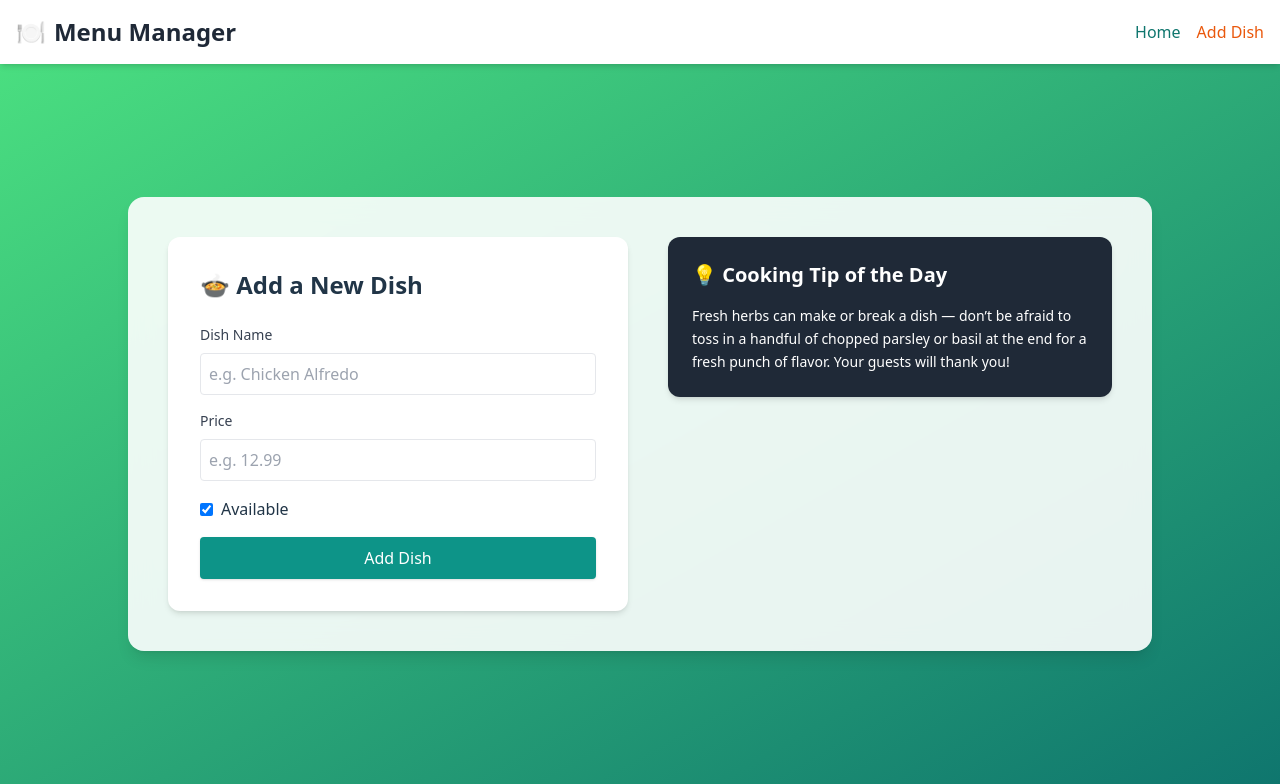
Repository: PEEZYBEE/react-hooks-phase-2-project
Page: /add (app in menu-manager/)
An editor plug-in stored every save of this project. The page is shown before and after the next save, followed by the edit.
The browser window is 1280 px wide. The pictures show the whole page.
The project was rebuilt for these pictures with package versions that can differ from the ones it lists, and the page was loaded fresh each time. Also part of the build but not shown: menu-manager/vite.config.js, menu-manager/src/components/Search.jsx, menu-manager/src/components/DishCard.jsx, menu-manager/src/components/DishList.jsx, menu-manager/src/pages/MenuPage.jsx, menu-manager/src/components/DishForm.jsx, menu-manager/src/pages/EditDishPage.jsx.

Above is the page before, as saved 2025-04-19 15:38:34.

### menu-manager/index.html
<!doctype html>
<html lang="en">
  <head>
    <meta charset="UTF-8" />
    <link rel="icon" type="image/svg+xml" href="/vite.svg" />
    <meta name="viewport" content="width=device-width, initial-scale=1.0" />
    <title>Menu Manager</title>
  </head>
  <body>
    <div id="root"></div>
    <script type="module" src="/src/main.jsx"></script>
  </body>
</html>

### menu-manager/src/App.jsx
import { BrowserRouter as Router, Routes, Route } from "react-router-dom";
import Header from "./components/Header";
import MenuPage from "./pages/MenuPage";
import AddDishPage from "./pages/AddDishPage";
import EditDishPage from "./pages/EditDishPage";

function App() {
  return (
    <Router>
      <Header />
      <main>
        <Routes>
          <Route path="/" element={<MenuPage />} />
          <Route path="/add" element={<AddDishPage />} />
          <Route path="/edit/:id" element={<EditDishPage />} />
        </Routes>
      </main>
    </Router>
  );
}

export default App;

### menu-manager/src/index.css
@tailwind base;
@tailwind components;
@tailwind utilities;

:root {
  font-family: system-ui, Avenir, Helvetica, Arial, sans-serif;
  line-height: 1.5;
  font-weight: 400;

  color-scheme: light dark;
  color: rgba(255, 255, 255, 0.87);


  font-synthesis: none;
  text-rendering: optimizeLegibility;
  -webkit-font-smoothing: antialiased;
  -moz-osx-font-smoothing: grayscale;
}

a {
  font-weight: 500;
  color: #646cff;
  text-decoration: inherit;
}
a:hover {
  color: #535bf2;
}

body {
  margin: 0;
  min-width: 320px;
  min-height: 100vh;
  font-family: inherit;
  background-color: inherit;
}


h1 {
  font-size: 3.2em;
  line-height: 1.1;
}

button {
  border-radius: 8px;
  border: 1px solid transparent;
  padding: 0.6em 1.2em;
  font-size: 1em;
  font-weight: 500;
  font-family: inherit;
  background-color: #1a1a1a;
  cursor: pointer;
  transition: border-color 0.25s;
}
button:hover {
  border-color: #646cff;
}
button:focus,
button:focus-visible {
  outline: 4px auto -webkit-focus-ring-color;
}

@media (prefers-color-scheme: light) {
  :root {
    color: #213547;
    background-color: #ffffff;
  }
  a:hover {
    color: #747bff;
  }
  button {
    background-color: #f9f9f9;
  }
}

### menu-manager/src/components/Header.jsx
import { Link } from "react-router-dom";

function Header() {
  return (
    <header className="bg-white p-4 shadow-md sticky top-0 z-50">
      <div className="max-w-7xl mx-auto flex justify-between items-center">
        {/* Title */}
        <h1 className="text-2xl font-extrabold text-gray-800 flex items-center gap-2">
          🍽️ <span>Menu Manager</span>
        </h1>

        {/* Nav Links */}
        <nav className="space-x-4">
          <Link to="/" className="text-teal-700 font-medium hover:underline">
            Home
          </Link>
          <Link to="/add" className="text-orange-600 font-medium hover:underline">
            Add Dish
          </Link>
        </nav>
      </div>
    </header>
  );
}

export default Header;

### menu-manager/src/pages/AddDishPage.jsx
import { useState } from "react";
import { useNavigate } from "react-router-dom";

function AddDishPage() {
  const [name, setName] = useState("");
  const [price, setPrice] = useState("");
  const [available, setAvailable] = useState(true);
  const navigate = useNavigate();

  function handleSubmit(e) {
    e.preventDefault();
    const newDish = { name, price: parseFloat(price), available };

    fetch("http://localhost:3001/dishes", {
      method: "POST",
      headers: { "Content-Type": "application/json" },
      body: JSON.stringify(newDish),
    })
      .then((res) => res.json())
      .then(() => navigate("/"));
  }

  return (
    <div className="min-h-screen bg-gradient-to-br from-green-400 to-teal-700 flex items-center justify-center p-6">
      <div className="bg-white bg-opacity-90 backdrop-blur-md rounded-2xl shadow-lg p-10 w-full max-w-5xl flex flex-col md:flex-row items-center md:items-start gap-10">
        {/* Form Section */}
        <form
          onSubmit={handleSubmit}
          className="flex-1 bg-white p-8 rounded-xl shadow-md"
        >
          <h2 className="text-2xl font-bold mb-6 flex items-center gap-2">
            🍲 Add a New Dish
          </h2>

          <label className="block mb-2 text-sm font-medium text-gray-700">
            Dish Name
          </label>
          <input
            type="text"
            placeholder="e.g. Chicken Alfredo"
            value={name}
            onChange={(e) => setName(e.target.value)}
            className="w-full p-2 mb-4 border rounded focus:outline-none focus:ring-2 focus:ring-teal-500"
            required
          />

          <label className="block mb-2 text-sm font-medium text-gray-700">
            Price
          </label>
          <input
            type="number"
            step="0.01"
            placeholder="e.g. 12.99"
            value={price}
            onChange={(e) => setPrice(e.target.value)}
            className="w-full p-2 mb-4 border rounded focus:outline-none focus:ring-2 focus:ring-teal-500"
            required
          />

          <label className="inline-flex items-center mb-4">
            <input
              type="checkbox"
              checked={available}
              onChange={(e) => setAvailable(e.target.checked)}
              className="mr-2"
            />
            Available
          </label>

          <button
            type="submit"
            className="w-full bg-teal-600 hover:bg-teal-700 text-white py-2 px-4 rounded shadow"
          >
            Add Dish
          </button>
        </form>

        {/* Side Content */}
        <div className="hidden md:block flex-1 bg-gray-800 text-white p-6 rounded-xl shadow-md">
          <h3 className="text-xl font-semibold mb-4">
            💡 Cooking Tip of the Day
          </h3>
          <p className="text-sm leading-relaxed">
            Fresh herbs can make or break a dish — don’t be afraid to toss in a
            handful of chopped parsley or basil at the end for a fresh punch of
            flavor. Your guests will thank you!
          </p>
        </div>
      </div>
    </div>
  );
}

export default AddDishPage;

### menu-manager/tailwind.config.js
/** @type {import('tailwindcss').Config} */
export default {
  content: [
    "./index.html",
    "./src/**/*.{js,ts,jsx,tsx}",
  ],
  theme: {
    extend: {
      keyframes: {
        wobble: {
          '0%, 100%': { transform: 'translateX(0)' },
          '15%': { transform: 'translateX(-25%) rotate(-5deg)' },
          '30%': { transform: 'translateX(20%) rotate(3deg)' },
          '45%': { transform: 'translateX(-15%) rotate(-3deg)' },
          '60%': { transform: 'translateX(10%) rotate(2deg)' },
          '75%': { transform: 'translateX(-5%) rotate(-1deg)' },
        },
        fadeIn: {
          '0%': { opacity: '0' },
          '100%': { opacity: '1' },
        }
      },
      animation: {
        'wobble': 'wobble 1s ease-in-out',
        'fade-in': 'fadeIn 1s ease-in-out forwards',
      }
    },
  },
  plugins: [],
}

Loaded but not shown: menu-manager/src/main.jsx (common file)

After the next save:
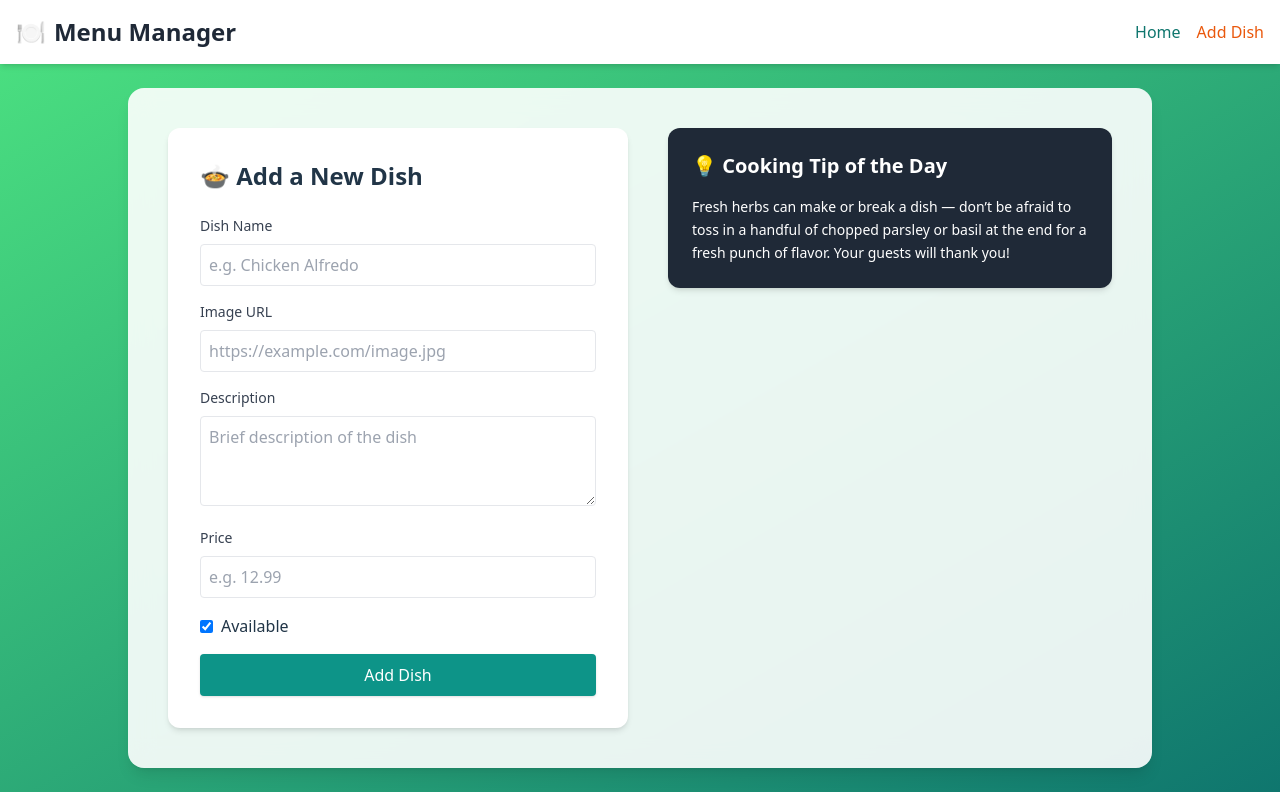
Saved 34 s later.
--- a/menu-manager/src/pages/AddDishPage.jsx
+++ b/menu-manager/src/pages/AddDishPage.jsx
@@ -3,13 +3,21 @@ import { useNavigate } from "react-router-dom";
 
 function AddDishPage() {
   const [name, setName] = useState("");
+  const [image, setImage] = useState("");
+  const [description, setDescription] = useState("");
   const [price, setPrice] = useState("");
   const [available, setAvailable] = useState(true);
   const navigate = useNavigate();
 
   function handleSubmit(e) {
     e.preventDefault();
-    const newDish = { name, price: parseFloat(price), available };
+    const newDish = {
+      name,
+      image,
+      description,
+      price: parseFloat(price),
+      available,
+    };
 
     fetch("http://localhost:3001/dishes", {
       method: "POST",
@@ -32,6 +40,7 @@ function AddDishPage() {
             🍲 Add a New Dish
           </h2>
 
+          {/* Name */}
           <label className="block mb-2 text-sm font-medium text-gray-700">
             Dish Name
           </label>
@@ -44,6 +53,33 @@ function AddDishPage() {
             required
           />
 
+          {/* Image URL */}
+          <label className="block mb-2 text-sm font-medium text-gray-700">
+            Image URL
+          </label>
+          <input
+            type="text"
+            placeholder="https://example.com/image.jpg"
+            value={image}
+            onChange={(e) => setImage(e.target.value)}
+            className="w-full p-2 mb-4 border rounded focus:outline-none focus:ring-2 focus:ring-teal-500"
+            required
+          />
+
+          {/* Description */}
+          <label className="block mb-2 text-sm font-medium text-gray-700">
+            Description
+          </label>
+          <textarea
+            placeholder="Brief description of the dish"
+            value={description}
+            onChange={(e) => setDescription(e.target.value)}
+            className="w-full p-2 mb-4 border rounded focus:outline-none focus:ring-2 focus:ring-teal-500"
+            rows="3"
+            required
+          ></textarea>
+
+          {/* Price */}
           <label className="block mb-2 text-sm font-medium text-gray-700">
             Price
           </label>
@@ -57,6 +93,7 @@ function AddDishPage() {
             required
           />
 
+          {/* Availability */}
           <label className="inline-flex items-center mb-4">
             <input
               type="checkbox"
